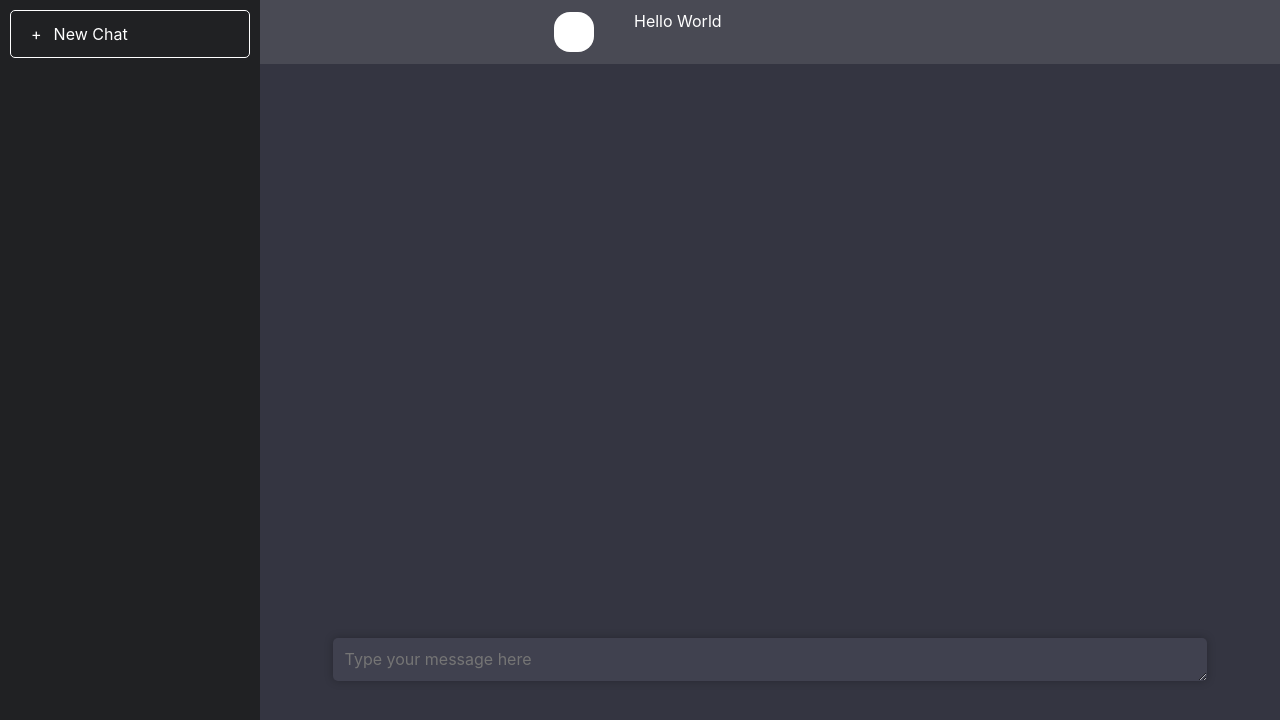
Repository: lancenigel/ChatGPT-Clone
Page: / (app in client/)
The author's editor kept a copy of each file at every save. The page is drawn from the files as they stood at one save, then again after the next save.
The browser window is 1280 px wide. The pictures show the whole page.
The project was rebuilt for these pictures with package versions that can differ from the ones it lists, and the page was loaded fresh each time.

Above is the page before, as saved 2024-02-04 00:46:13.

### client/src/App.js
import logo from "./logo.svg";
import "./App.css";
import "./normalize.css";

function App() {
  return (
    <div className="App">
      <aside className="sidemenu">
        <div className="sidemenu-button">
          <span className="sidemenu-button-span">+</span>
          New Chat
        </div>
      </aside>
      <section className="chatbox">
        <div className="chat-log">
          <div className="chat-message">
            <div className="chat-message-center">
              <div className="avatar"></div>
              <div className="message">Hello World</div>
            </div>
          </div>
        </div>

        <div className="chat-input-holder">
          <textarea
            rows="1"
            className="chat-input-textarea"
            placeholder="Type your message here"
          ></textarea>
        </div>
      </section>
    </div>
  );
}

export default App;

### client/src/App.css
.App {
  text-align: center;
  display: flex;
  background-color: #282c34;
  color: white;
  position: absolute;
  top:0;bottom:0;right:0;left:0;
}

.chatbox {
  flex: 1;
  background-color: #343541;
  position:relative;
}

.chat-log{
  text-align: left;
}

.chat-message{
  background-color: rgb(255, 255, 255, 0.1);
}

.chat-message-center{
  max-width:480px;
  margin-left:auto;
  margin-right:auto;
  padding: 12px;
  display: flex;
  padding-left: 24px;
  padding-right: 24px;
}

.avatar{
  background: white;
  border-radius: 40%;
  width: 40px;
  height: 40px;
}

.message{
  padding-left: 40px;
  padding-right: 40px;

}


.chat-input-holder {
  padding: 24px;
  position: absolute;
  bottom:0;
  left:0; right:0;
}

.chat-input-textarea{
  background-color: #40414f;
  width: 90%;
  border-radius: 5px;
  padding: 12px;
  color:white;
  border: none;
  margin: 12px;
  outline: none;
  box-shadow: 0 0px 8px 0 rgb(0,0,0, 0.25);
}

.sidemenu {
  width: 260px;
  padding: 10px;
  background-color: #202123;
}

.sidemenu-button {
  border: 1px solid white;
  padding: 14px;
  border-radius: 5px;
  text-align: left;
  transition: ease 0.2s all;
}

.sidemenu-button:hover {
  background-color: rgb(255, 255, 255, 0.1);
}

.sidemenu-button-span{
  padding-left: 6px;
  padding-right: 12px;
}

.App-logo {
  height: 40vmin;
  pointer-events: none;
}

@media (prefers-reduced-motion: no-preference) {
  .App-logo {
    animation: App-logo-spin infinite 20s linear;
  }
}

.App-header {
  background-color: #282c34;
  min-height: 100vh;
  display: flex;
  flex-direction: column;
  align-items: center;
  justify-content: center;
  font-size: calc(10px + 2vmin);
  color: white;
}

.App-link {
  color: #61dafb;
}


@keyframes App-logo-spin {
  from {
    transform: rotate(0deg);
  }
  to {
    transform: rotate(360deg);
  }
}

Loaded but not shown: client/public/index.html (common file); client/src/index.js (common file); client/src/index.css (common file); client/src/reportWebVitals.js (common file); client/src/normalize.css (library)

After the next save:
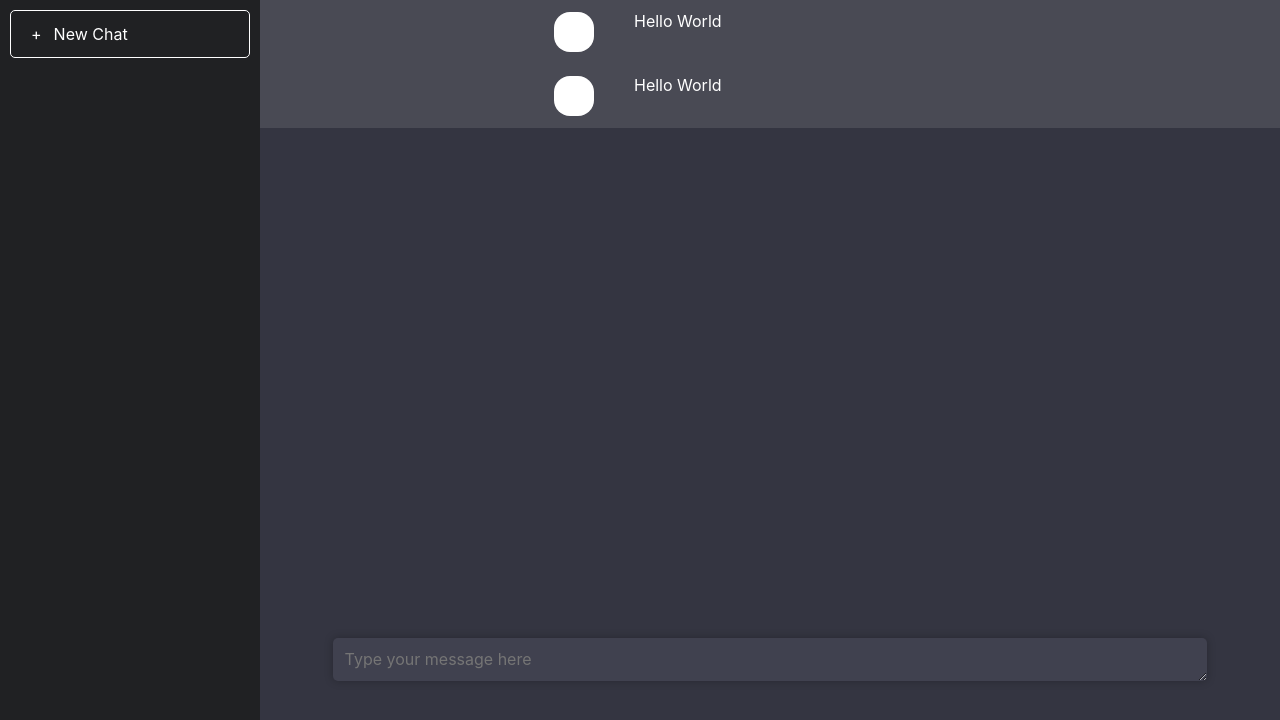
Saved 55 s later.
--- a/client/src/App.js
+++ b/client/src/App.js
@@ -19,6 +19,12 @@
               <div className="message">Hello World</div>
             </div>
           </div>
+          <div className="chat-message chatgpt">
+            <div className="chat-message-center">
+              <div className="avatar"></div>
+              <div className="message">Hello World</div>
+            </div>
+          </div>
         </div>
 
         <div className="chat-input-holder">
